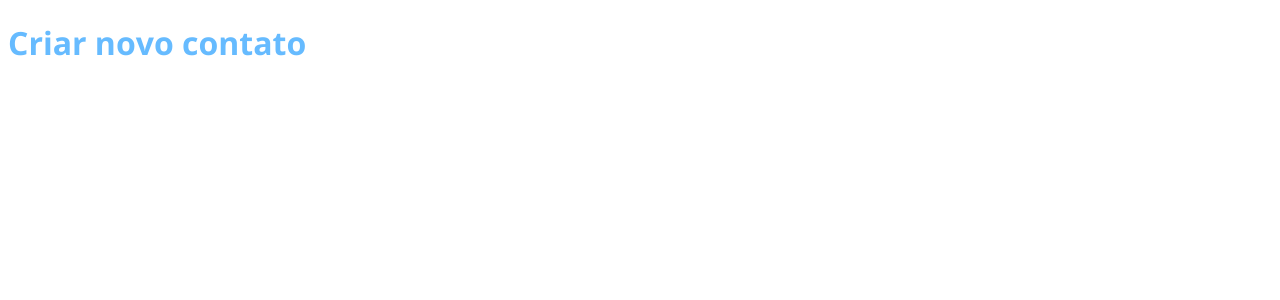
Repository: ricardoalves21/JavaWeb
Page: projeto_agenda/agenda/WebContent/novo.html
An editor plug-in stored every save of this project. The page is shown before and after the next save, followed by the edit.
The browser window is 1280 px wide. The pictures show the whole page.

Above is the page before, as saved 2021-06-14 16:08:50.

After the next save:
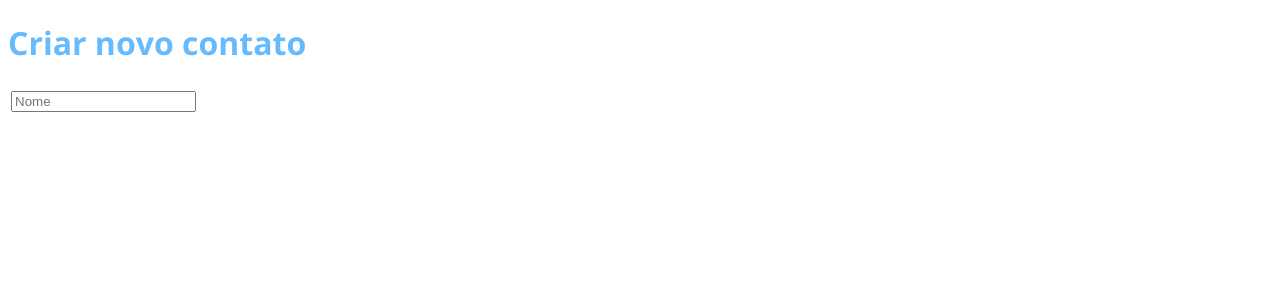
Saved 76 s later.
--- a/projeto_agenda/agenda/WebContent/novo.html
+++ b/projeto_agenda/agenda/WebContent/novo.html
@@ -11,7 +11,7 @@
 	<form name="frmContato" action="">
 		<table>
 			<tr>
-
+				<td><input type="text" name="nome" placeholder="Nome"></td>
 			</tr>
 			<tr>
 
